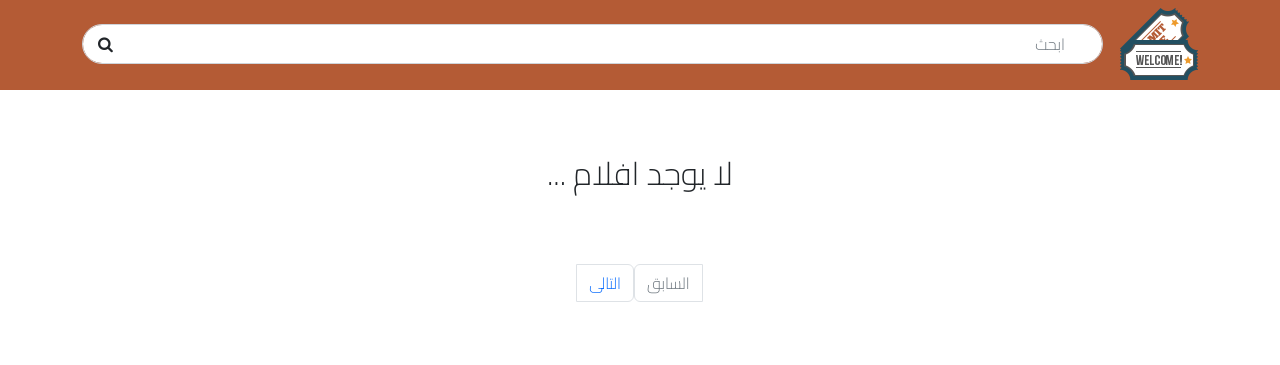
Repository: amralhawi123/Movies
Page: /
These files come from the project's save history. The page is drawn as it stood at one moment and after a run of saves; the edit follows.
The browser window is 1280 px wide. The pictures show the whole page.
The page's requests for data from a server got no answer. The project was rebuilt for these pictures with package versions that can differ from the ones it lists, and the page was loaded fresh each time. No one was signed in, and anything a server would have sent is missing. Also part of the build but not shown: src/Components/CardMovie.js, src/Components/MovisDetails.js.

Above is the page before, as saved 2023-04-06 02:10:08.

### public/index.html
<!DOCTYPE html>
<html dir="rtl" lang="ar">
  <head>
    <meta charset="utf-8" />
    <link rel="icon" href="%PUBLIC_URL%/favicon.ico" />
    <meta name="viewport" content="width=device-width, initial-scale=1" />
    <meta name="theme-color" content="#000000" />
    <meta
      name="description"
      content="Web site created using create-react-app"
    />
    <link rel="apple-touch-icon" href="%PUBLIC_URL%/logo192.png" />
    <link rel="manifest" href="%PUBLIC_URL%/manifest.json" />
    <link
      rel="stylesheet"
      href="https://cdn.jsdelivr.net/npm/bootstrap@5.1.3/dist/css/bootstrap.min.css"
      integrity="sha384-1BmE4kWBq78iYhFldvKuhfTAU6auU8tT94WrHftjDbrCEXSU1oBoqyl2QvZ6jIW3"
      crossorigin="anonymous"
    />
    <link rel="preconnect" href="https://fonts.googleapis.com" />
    <link rel="preconnect" href="https://fonts.gstatic.com" crossorigin />
    <link
      href="https://fonts.googleapis.com/css2?family=Almarai:wght@300;400;700;800&family=Cairo:wght@300&display=swap"
      rel="stylesheet"
    />
    <link
      rel="stylesheet"
      href="https://cdnjs.cloudflare.com/ajax/libs/font-awesome/4.7.0/css/font-awesome.min.css"
    />
    <title>Movies</title>
  </head>
  <body>
    <noscript>You need to enable JavaScript to run this app.</noscript>
    <div id="root"></div>
  </body>
</html>

### src/index.css
body {
  margin: 0;
}
.color-body {
  background-color: white;
  height: 100vh;
}
.nav-style {
  height: 90px;
  width: 1440px;
  background-color: #b45b35;
}

.logo {
  height: 72px;
  width: 78px;
}

.search {
  position: relative;
}

.search input {
  height: 40px;
  text-indent: 25px;
  border-radius: 20px;
}

.search input:focus {
  box-shadow: none;
  border: 2px solid red;
}
.search .fa-search {
  position: absolute;
  top: 12px;
  left: 16px;
}

.card {
  position: relative;
  transition: all 0.5s ease-in;
  cursor: pointer;
  height: 375px;
}

.card__image {
  display: block;
  width: 100%;
  height: 100%;
  border-radius: 5px;
}

.card__overlay {
  position: absolute;
  top: 0;
  bottom: 0;
  left: 0;
  right: 0;
  height: 100%;
  width: 100%;
  opacity: 0;
  visibility: none;
  transition: 0.5s ease;
  background-color: #393839;
}

.card:hover .card__overlay {
  opacity: 0.8;
}

.overlay__text {
  color: white;
  font-size: 16px;
  font-weight: bold;
  position: absolute;
  top: 50%;
  left: 50%;
  -webkit-transform: translate(-50%, -50%);
  -ms-transform: translate(-50%, -50%);
  transform: translate(-50%, -50%);
}

.font {
  font-family: "Almarai", sans-serif;
  font-family: "Cairo", sans-serif;
}

.color {
  color: #b45b35;
  background-color: #b45b35;
}

.card-detalis {
  height: 370px;
  border-radius: 20px;
  background-color: #f8f8f8;
}
.card-story {
  height: 300px;
  border-radius: 20px;
  background-color: #f8f8f8;
}
.img-movie {
  height: 360px;
  padding: 10px;
  border-radius: 20px;
}

.card-text-details {
  color: #555555;
  font-family: Almarai;
  font-size: 28px;
  font-weight: bold;
  letter-spacing: 0;
  line-height: 49px;
}

.card-text-story {
  color: #555555;
  font-family: Almarai;
  font-size: 18px;
  letter-spacing: 0;
  line-height: 32px;
}
.card-text-title {
  color: #555555;
  font-family: Almarai;
  font-size: 36px;
  font-weight: bold;
  letter-spacing: 0;
  line-height: 49px;
}

### src/App.js
import { Container } from "react-bootstrap";
import { BrowserRouter, Routes, Route} from 'react-router-dom'
import NavBar from "./Components/NaveBar";
import MovesList from './Components/MovesList';
import axios from 'axios'
import { useEffect, useState } from "react";
import MovisDetails from "./Components/MovisDetails";
function App() {

  const [movies, setmovies] = useState([])
  const [PageCount, setPageCount] = useState(0)

  // get all movies
  const getallMovis = async () => {
    const res = await axios.get("https://api.themoviedb.org/3/movie/popular?api_key=52ef927bbeb21980cd91386a29403c78&language=ar-US")
    setmovies(res.data.results)
    setPageCount(res.data.total_pages)
  }

  // get Currnt Page
  const getPage = async (page) => {
    const res = await axios.get(`https://api.themoviedb.org/3/movie/popular?api_key=52ef927bbeb21980cd91386a29403c78&language=ar-US&page=${page}`)
    setmovies(res.data.results)
    setPageCount(res.data.total_pages)
  }

  useEffect(() => {
  getallMovis()
  }, [])

  // search
  const search = async (word) => {
    if (word === "") {
      getallMovis()
    } else{
    const res = await axios.get(`https://api.themoviedb.org/3/search/movie?api_key=52ef927bbeb21980cd91386a29403c78&query=${word}&language=ar-US`)
    setmovies(res.data.results)
    setPageCount(res.data.total_pages)
  }
}

  return (
    <div className="font color-body ">
      <NavBar search={search}/>
      <Container>
        <BrowserRouter>
          <Routes>
            <Route path="/" element={<MovesList movies={movies} getPage={getPage} PageCount={PageCount}/>}/>
            <Route path="/movie/:id" element={<MovisDetails movies={movies}/>}/>
          </Routes>
        </BrowserRouter>
      </Container>
    </div>
  );
}

export default App;

### src/Components/NaveBar.js
import React from 'react'
import { Container } from 'react-bootstrap'
import logo from '../images/logo.png'
import { Row } from 'react-bootstrap';
import { Col } from 'react-bootstrap';

const NavBar = ({search}) => {

  const Onsearch = (word) => {
    search(word)
  }
  return (
    <div className="nav-style w-100">
      <Container>
        <Row className="pt-2 ">
          <Col xs="2" lg="1">
            <a href="/">
              <img className="logo" src={logo} alt="dfs" />
            </a>
          </Col>
          <Col xs="10" lg="11" className=" d-flex align-items-center">
            <div className="search  w-100">
              <i className="fa fa-search"></i>
              <input onChange={(e) => Onsearch(e.target.value)} type="text" className="form-control" placeholder="ابحث" />
            </div>
          </Col>
        </Row>
      </Container>
    </div>
  );
}

export default NavBar

### src/Components/MovesList.js
import React from "react";
import { Row } from "react-bootstrap";
import CardMovie from "./CardMovie";
import PaginationComponent from './Pagination'
const MovesList = ({movies, getPage, PageCount}) => {
  return (
    <Row className="mt-3">
      {movies.length >= 1 ? (movies.map((mov) => {
        return (<CardMovie mov={mov} key={mov.id}/>)
      })) : <h2 className="text-center p-5"> لا يوجد افلام ...</h2>}
      {movies}
      <PaginationComponent getPage={getPage} PageCount={PageCount}/>
    </Row>
  );
};

export default MovesList

### src/Components/Pagination.js
import React from 'react'
import ReactPaginate from 'react-paginate';

const PaginationComponent = ({getPage, PageCount}) => {

    const handlePageClick = (data) => {
      getPage(data.selected + 1)
  }

    return (
        <ReactPaginate
            breakLabel="..."
            nextLabel="التالى"
            onPageChange={handlePageClick}
            marginPagesDisplayed={2}
            pageRangeDisplayed={2}
            pageCount={PageCount}
            previousLabel="السابق"
            containerClassName={"pagination justify-content-center p-3"}
            pageClassName={"page-item"}
            pageLinkClassName={"page-link"}
            previousClassName={"page-item"}
            nextClassName={"page-item"}
            previousLinkClassName={"page-link"}
            nextLinkClassName={"page-link"}
            breakClassName={"page-item"}
            breakLinkClassName={"page-link"}
            activeClassName={"active"}
        />
    )
}

export default PaginationComponent

Loaded but not shown: src/index.js (common file)

After the next 2 saves:
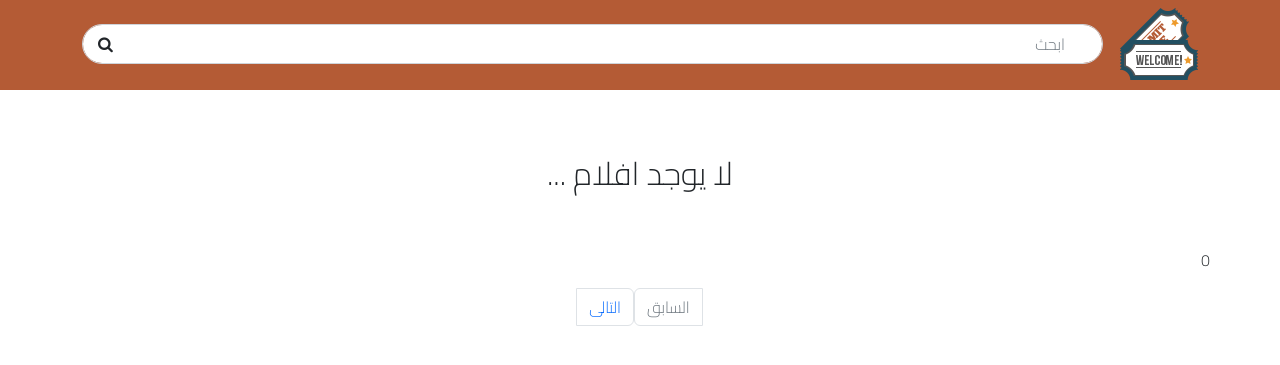
The 2 saves are shown as one change because they came seconds apart.
The last was saved 6 s later.
--- a/src/Components/MovesList.js
+++ b/src/Components/MovesList.js
@@ -8,7 +8,7 @@
       {movies.length >= 1 ? (movies.map((mov) => {
         return (<CardMovie mov={mov} key={mov.id}/>)
       })) : <h2 className="text-center p-5"> لا يوجد افلام ...</h2>}
-      {movies}
+      {movies.length }
       <PaginationComponent getPage={getPage} PageCount={PageCount}/>
     </Row>
   );

After the 5 saves that followed:
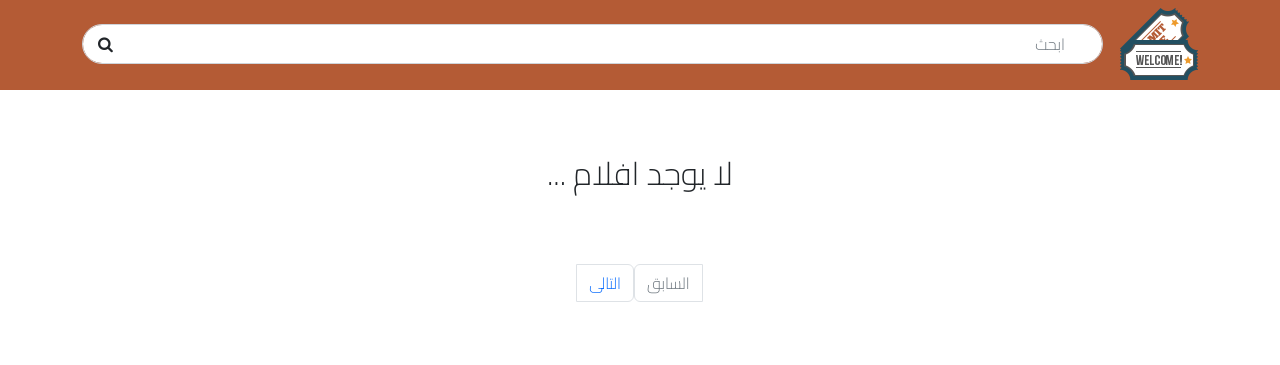
The 5 saves are shown as one change because 2 did not build or start and some came seconds apart.
The last was saved 60 s later.
--- a/src/Components/MovesList.js
+++ b/src/Components/MovesList.js
@@ -8,7 +8,8 @@
       {movies.length >= 1 ? (movies.map((mov) => {
         return (<CardMovie mov={mov} key={mov.id}/>)
       })) : <h2 className="text-center p-5"> لا يوجد افلام ...</h2>}
-      {movies.length }
+      {movies.length >= 1 ?       <PaginationComponent getPage={getPage} PageCount={PageCount}/>
+: null}
       <PaginationComponent getPage={getPage} PageCount={PageCount}/>
     </Row>
   );
